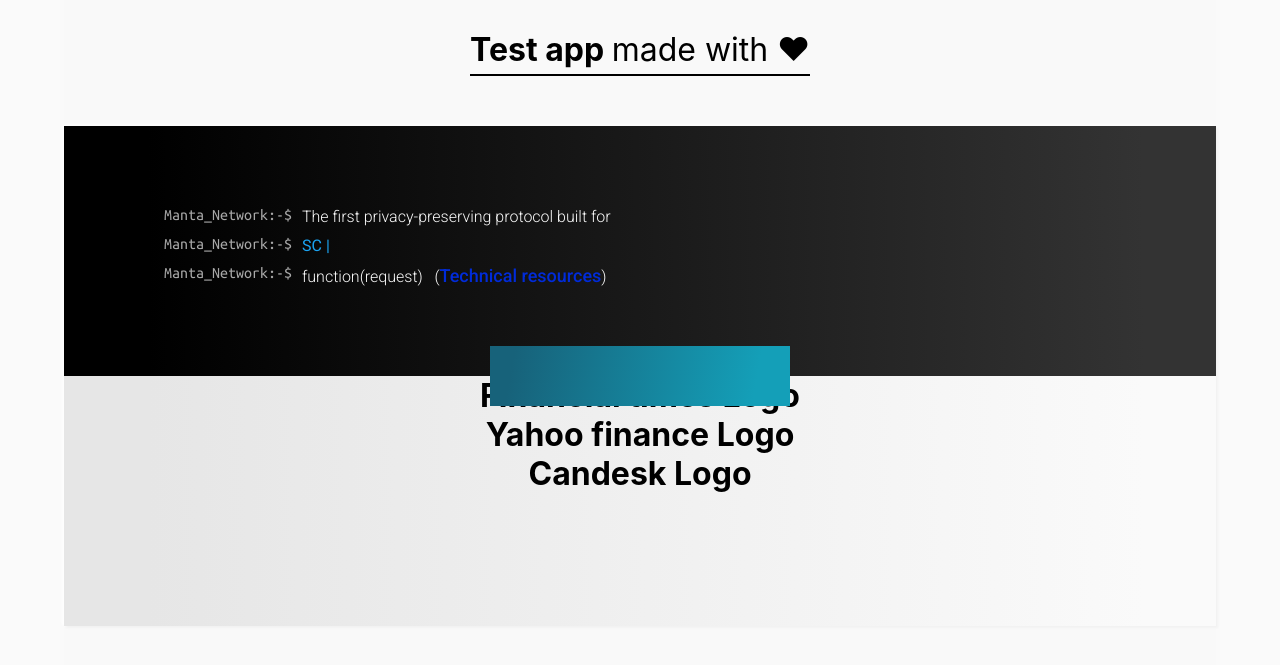
Repository: Khattak01/test-app
Page: /
The author's editor kept a copy of each file at every save. The page is drawn from the files as they stood at one save, then again after the next save.
The browser window is 1280 px wide. The pictures show the whole page.
The project was rebuilt for these pictures with package versions that can differ from the ones it lists, and the page was loaded fresh each time.

Above is the page before, as saved 2021-05-12 08:30:38.

### public/index.html
<!DOCTYPE html>
<html lang="en">
  <head>
    <meta charset="utf-8" />
    <link rel="icon" href="%PUBLIC_URL%/favicon.ico" />
    <meta name="viewport" content="width=device-width, initial-scale=1" />
    <meta name="theme-color" content="#000000" />
    <meta
      name="description"
      content="Web site created using create-react-app"
    />
    <link rel="apple-touch-icon" href="%PUBLIC_URL%/logo192.png" />
    <!--
      manifest.json provides metadata used when your web app is installed on a
      user's mobile device or desktop. See https://developers.google.com/web/fundamentals/web-app-manifest/
    -->
    <link rel="manifest" href="%PUBLIC_URL%/manifest.json" />
    <!--
      Notice the use of %PUBLIC_URL% in the tags above.
      It will be replaced with the URL of the `public` folder during the build.
      Only files inside the `public` folder can be referenced from the HTML.

      Unlike "/favicon.ico" or "favicon.ico", "%PUBLIC_URL%/favicon.ico" will
      work correctly both with client-side routing and a non-root public URL.
      Learn how to configure a non-root public URL by running `npm run build`.
    -->
    <title>Test App</title>
  </head>
  <body>
    <noscript>You need to enable JavaScript to run this app.</noscript>
    <div id="root"></div>
    <!--
      This HTML file is a template.
      If you open it directly in the browser, you will see an empty page.

      You can add webfonts, meta tags, or analytics to this file.
      The build step will place the bundled scripts into the <body> tag.

      To begin the development, run `npm start` or `yarn start`.
      To create a production bundle, use `npm run build` or `yarn build`.
    -->
  </body>
</html>

### src/index.js
import React from 'react';
import ReactDOM from 'react-dom';
import './index.css';
import App from '../src/components/app/App';

ReactDOM.render(
  <React.StrictMode>
      <App />
  </React.StrictMode>,
  document.getElementById('root')
);

### src/index.css
*{
  margin: 0;
  padding: 0;
  box-sizing: border-box;
}
body {
  margin: 0;
  font-family: -apple-system, BlinkMacSystemFont, 'Segoe UI', 'Roboto', 'Oxygen',
    'Ubuntu', 'Cantarell', 'Fira Sans', 'Droid Sans', 'Helvetica Neue',
    sans-serif;
  -webkit-font-smoothing: antialiased;
  -moz-osx-font-smoothing: grayscale;
}

code {
  font-family: source-code-pro, Menlo, Monaco, Consolas, 'Courier New',
    monospace;
}

.container{
  width:90%;
  margin:auto auto;
  background-color: #f9f9f9;
  padding: 10px;
}

### src/components/app/App.js
import React from 'react'
import './App.css'
import Banner from '../banner/Banner'

const App = () => {
    return (
        <div className="app container">
            <h1>Test app <span style={{fontWeight:'lighter'}}> made with </span> &#10084;</h1>
            <Banner />
        </div>
    )
}

export default App

### src/components/app/App.css
@import url("https://fonts.googleapis.com/css2?family=Ubuntu+Mono:ital,wght@0,400;0,700;1,400&display=swap");
@import url("https://fonts.googleapis.com/css2?family=Roboto:ital,wght@0,300;0,400;0,500;0,700;1,300;1,400;1,500;1,700&display=swap");

body {
  background-color: #fafafa;
}
.app {
  padding: 30px 0;
  min-height: 100vh;
  text-align: center;
}
.app > h1 {
  display: inline-block;

  text-align: center;
  width: max-content;
  padding-bottom: 5px;
  border-bottom: 2px solid black;
  margin-bottom: 50px;
}

:root {
  --color-primary: linear-gradient(
    100.28537797494744deg,
    rgba(23, 98, 122, 1) 6.8671875%,
    rgba(23, 98, 122, 1) 8.216145833333332%,
    rgba(20, 159, 184, 1) 87.80468749999999%
  );

  --color-dark: linear-gradient(
    89.76211853375082deg,
    rgba(0, 0, 0, 1) 5.893229166666666%,
    rgba(0, 0, 0, 1) 7.356770833333332%,
    rgba(51, 51, 51, 1) 93.70572916666666%
  );

  --color-light: linear-gradient(
    89.76211853375082deg,
    rgba(230, 230, 230, 1) 5.893229166666666%,
    rgba(230, 230, 230, 1) 7.356770833333332%,
    rgba(250, 250, 250, 1) 93.70572916666666%
  );

  --font-heading: "Ubuntu Mono", monospace;
  --font-generic: "Roboto", sans-serif;
}

.heading{
  font-family:var(--font-heading);
  color: #a8a8a8;
  font-weight:500;
}
.text{
  font-family: var(--font-generic);
  color: #fafafa;
  font-weight:300;
}

### src/components/banner/Banner.js
import React from 'react'
import classes from './Banner.module.css'

import Box from '../../UI/box/Box'

const Banner = () => {

    return (
        <Box className={classes.banner}>
            {/* <h1>Test App</h1>
            <button className={classes.banner__btn}>Button</button> */}
            <div className={classes.banner__top}>
                <div className={classes.text_box}>
                    <h4 className="heading">Manta_Network:-$</h4>
                    <p className='text'>The first privacy-preserving protocol built for</p>
                </div>
                <div className={classes.text_box}>
                    <h4 className="heading">Manta_Network:-$</h4>
                    <p style={{ color: '#1ba4f3' }}>SC |</p>
                </div>
                <div className={classes.text_box}>
                    <h4 className="heading">Manta_Network:-$</h4>
                    <p className='text'>function(request) &nbsp;&nbsp;(<span style={{ color: '#002bd9', fontSize: '18px', fontWeight: 500 }}>Technical resources</span>)</p>
                </div>
            </div>
            <div className={classes.banner__center}></div>
            <div className={classes.banner__bottom}>
                <div><h1>Financial times Logo</h1></div>
                <div><h1>Yahoo finance Logo</h1></div>
                <div><h1>Candesk Logo</h1></div>
            </div>
        </Box>
    )
}

export default Banner

### src/components/banner/Banner.module.css
.banner {
  width: 100%;
  max-width: 80rem;
  /* border: 1px solid black; */
  margin: auto auto;
  /* padding: 20px; */
  position: relative;
}

.banner__top,.banner__bottom{
  min-height: 250px;
  width: 100%;
  background-color: red;
}
.text_box{
  display: flex;
  margin-bottom: 10px;
}

.text_box p{
  margin-left: 10px;
  font-family: var(--font-generic);
}
.banner__top{
  background-image: var(--color-dark);
  position: relative;

  display: flex;
  justify-content: center;
  flex-direction: column;
  padding-left: 100px;

}
.banner__center{
  position: absolute;
  top: 50%;
  left: 50%;
  transform: translate(-50%,-50%);

  background-image: var(--color-primary);
  width: 300px;
  height:60px
}
.banner__bottom{
  background-image: var(--color-light)
}



.banner__btn {
  margin: auto auto;
  width: 300px !important;
  display: flex;
  justify-content: center;
  align-items: center;
  /* background:#1AAB8A; */

  background-image: var(--color-primary);

  color: #fff;
  border: none;
  position: relative;
  height: 60px;
  font-size: 18px;
  padding: 0 20px;
  cursor: pointer;
  transition: 800ms ease all;
  outline: none;
}
.banner__btn:hover {
  background: #fff;
  color: #1aab8a;
}
.banner__btn:before,
.banner__btn:after {
  content: "";
  position: absolute;
  top: 0;
  right: 0;
  height: 2px;
  width: 0;
  background: #1aab8a;
  transition: 400ms ease all;
}
.banner__btn:after {
  right: inherit;
  top: inherit;
  left: 0;
  bottom: 0;
}
.banner__btn:hover:before,
.banner__btn:hover:after {
  width: 100%;
  transition: 800ms ease all;
}

### src/UI/box/Box.js

import React from 'react'
import classes from './Box.module.css'

const Box = (props) => {
    return (
        <div onClick={props.onClick} className={[classes.box,props.className].join(' ')}>
            {props.children}
        </div>
    )
}

export default Box

### src/UI/box/Box.module.css
.box {
  background-color: #ffffff;
  transition: all 0.25s cubic-bezier(0.86, 1.26, 0.59, 1.03);
  /* min-height: 1rem; */
  /* padding: 1rem; */
  /* border-radius: 1rem; */
  box-shadow: 2px 2px 2px #f2f2f2, -2px -1px 3px #ffffff;
}
.box:hover {
  /* transform: translateZ(0) scale(1.05); */
  backface-visibility: hidden;
}

After the next save:
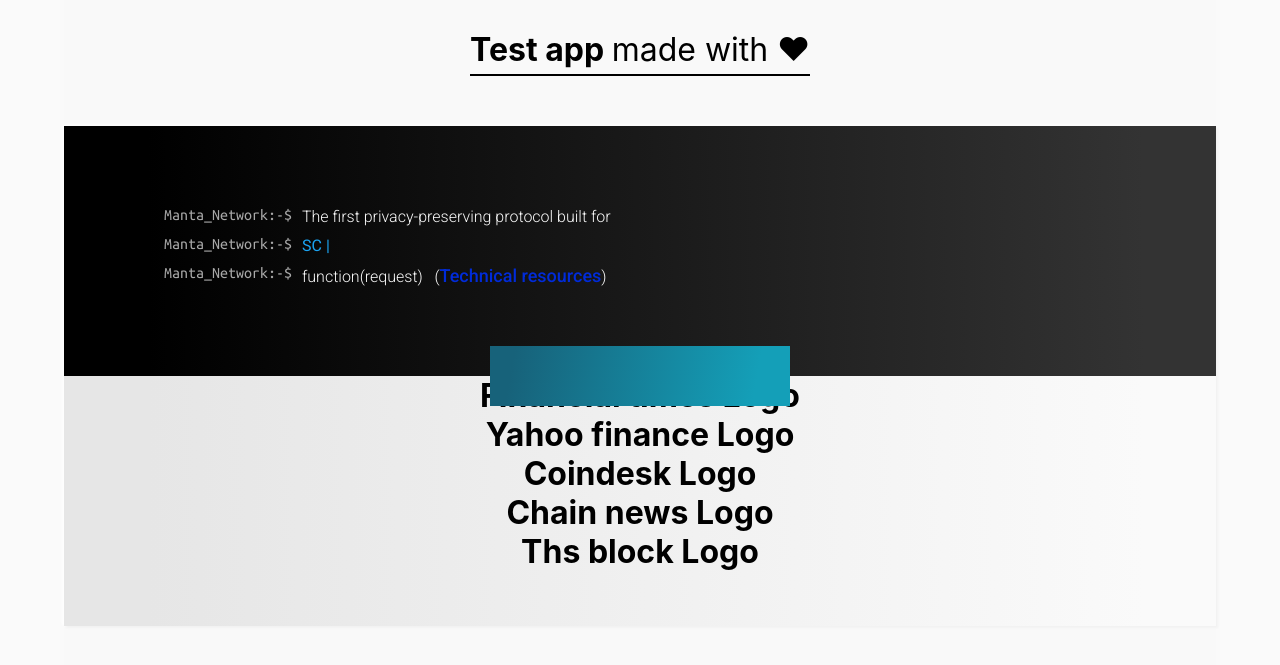
Saved 29 s later.
--- a/src/components/banner/Banner.js
+++ b/src/components/banner/Banner.js
@@ -27,7 +27,9 @@
             <div className={classes.banner__bottom}>
                 <div><h1>Financial times Logo</h1></div>
                 <div><h1>Yahoo finance Logo</h1></div>
-                <div><h1>Candesk Logo</h1></div>
+                <div><h1>Coindesk Logo</h1></div>
+                <div><h1>Chain news Logo</h1></div>
+                <div><h1>Ths block Logo</h1></div>
             </div>
         </Box>
     )
